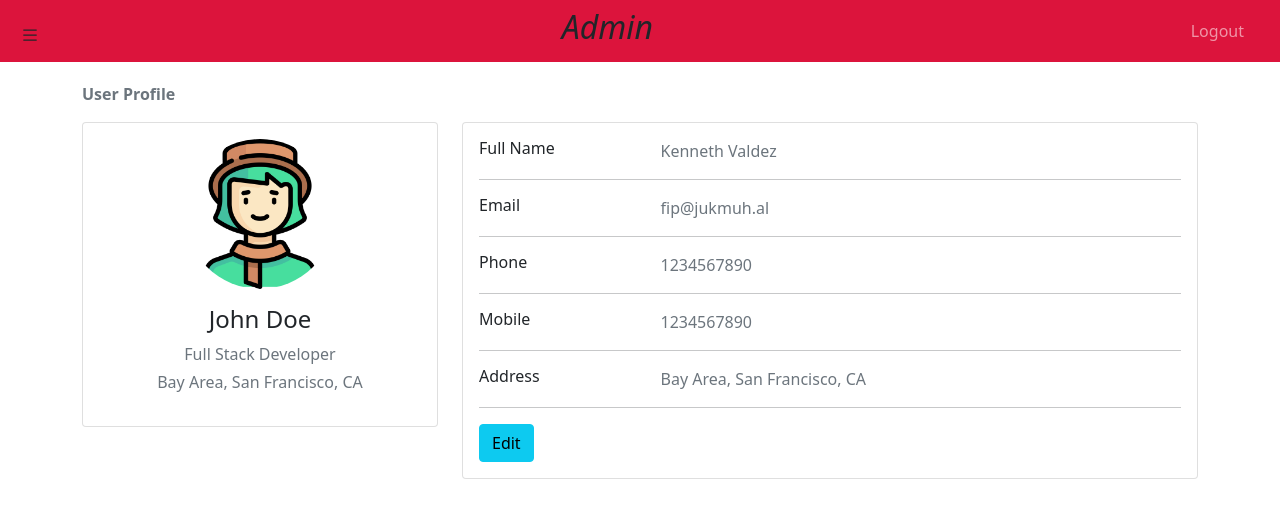
Repository: AASHRITH1903/e-gate
Page: http://localhost/admin/dashboard/profile
An editor plug-in stored every save of this project. The page is shown before and after the next save, followed by the edit.
The browser window is 1280 px wide. The pictures show the whole page.
The page is served by the project's Node server (app.js). Other server files are loaded and not shown.

Above is the page before, as saved 2021-07-19 17:52:52.

### views/Admin/profile.ejs
<!DOCTYPE html>
<html lang="en">

  <head>
        <%- include("../partials/admin.head.ejs", {title : "Profile"}) %>
  </head>

  <body>

            <%- include('../partials/admin.nav.ejs') %>

                    <div class="container">
                        <div class="main-body">

                            <!-- Breadcrumb -->
                            <nav aria-label="breadcrumb" class="main-breadcrumb">
                                <ol class="breadcrumb">
                                <li class=" breadcrumb-item active" aria-current="page"><b>User Profile</b></li>
                                </ol>
                            </nav>
                            <!-- /Breadcrumb -->

                            <div class="row gutters-sm">
                                <div class="col-md-4 mb-3">
                                <div class="card">
                                    <div class="card-body">
                                    <div class="d-flex flex-column align-items-center text-center">
                                        <img src="/static/images/student.png" alt="Admin" class="rounded-circle" width="150">
                                        <div class="mt-3">
                                        <h4>John Doe</h4>
                                        <p class="text-secondary mb-1">Full Stack Developer</p>
                                        <p class="text-muted font-size-sm">Bay Area, San Francisco, CA</p>
                                        </div>
                                    </div>
                                    </div>
                                </div>
                                </div>

                                <div class="col-md-8">
                                <div class="card mb-3">
                                    <div class="card-body">
                                    <div class="row">
                                        <div class="col-sm-3">
                                        <h6 class="mb-0">Full Name</h6>
                                        </div>
                                        <div class="col-sm-9 text-secondary">
                                        Kenneth Valdez
                                        </div>
                                    </div>
                                    <hr>
                                    <div class="row">
                                        <div class="col-sm-3">
                                        <h6 class="mb-0">Email</h6>
                                        </div>
                                        <div class="col-sm-9 text-secondary">
                                        fip@jukmuh.al
                                        </div>
                                    </div>
                                    <hr>
                                    <div class="row">
                                        <div class="col-sm-3">
                                        <h6 class="mb-0">Phone</h6>
                                        </div>
                                        <div class="col-sm-9 text-secondary">
                                        1234567890
                                        </div>
                                    </div>
                                    <hr>
                                    <div class="row">
                                        <div class="col-sm-3">
                                        <h6 class="mb-0">Mobile</h6>
                                        </div>
                                        <div class="col-sm-9 text-secondary">
                                        1234567890
                                        </div>
                                    </div>
                                    <hr>
                                    <div class="row">
                                        <div class="col-sm-3">
                                        <h6 class="mb-0">Address</h6>
                                        </div>
                                        <div class="col-sm-9 text-secondary">
                                        Bay Area, San Francisco, CA
                                        </div>
                                    </div>
                                    <hr>
                                    <div class="row">
                                        <div class="col-sm-12">
                                        <a class="btn btn-info " target="__blank" href="https://www.bootdey.com/snippets/view/profile-edit-data-and-skills">Edit</a>
                                        </div>
                                    </div>
                                    </div>
                                </div>
                            </div>



            <script src="https://cdn.jsdelivr.net/npm/@popperjs/core@2.9.2/dist/umd/popper.min.js" integrity="sha384-IQsoLXl5PILFhosVNubq5LC7Qb9DXgDA9i+tQ8Zj3iwWAwPtgFTxbJ8NT4GN1R8p" crossorigin="anonymous"></script>
            <script src="https://cdn.jsdelivr.net/npm/bootstrap@5.0.2/dist/js/bootstrap.min.js" integrity="sha384-cVKIPhGWiC2Al4u+LWgxfKTRIcfu0JTxR+EQDz/bgldoEyl4H0zUF0QKbrJ0EcQF" crossorigin="anonymous" ></script>

            <script src="/static/js/admin.js"></script>

  </body>
</html>

### views/partials/admin.head.ejs
<!-- Required meta tags -->
<meta charset="utf-8" />
<meta name="viewport" content="width=device-width, initial-scale=1" />

<link rel="stylesheet" type="text/css" href="/static/css/admin.css" />
<!-- Bootstrap CSS -->
<link href="https://cdn.jsdelivr.net/npm/bootstrap@5.0.2/dist/css/bootstrap.min.css" rel="stylesheet" integrity="sha384-EVSTQN3/azprG1Anm3QDgpJLIm9Nao0Yz1ztcQTwFspd3yD65VohhpuuCOmLASjC" crossorigin="anonymous"/>

<title> <%= title %></title>

### views/partials/admin.nav.ejs

<div id="mySidenav" class="sidenav my-sidenav">
    <a href="javascript:void(0)" class="closebtn" onclick="closeNav()">&times;</a>
    <a href="/admin/dashboard">Home</a>
    <a href="/admin/dashboard/profile">Profile</a>
    <a href="/admin/dashboard/outing_requests">Outing Requests</a>
    <a href="/admin/dashboard/create_student">Create Student</a>
    <a href="/admin/dashboard/outer_status">Outer status</a>
</div>

<nav class="navbar navbar-dark my-navbar ">
    <span onclick="openNav()">
        <svg xmlns="http://www.w3.org/2000/svg" width="20" height="20" fill="currentColor" class="bi bi-list" viewBox="0 0 16 16">
            <path fill-rule="evenodd" d="M2.5 12a.5.5 0 0 1 .5-.5h10a.5.5 0 0 1 0 1H3a.5.5 0 0 1-.5-.5zm0-4a.5.5 0 0 1 .5-.5h10a.5.5 0 0 1 0 1H3a.5.5 0 0 1-.5-.5zm0-4a.5.5 0 0 1 .5-.5h10a.5.5 0 0 1 0 1H3a.5.5 0 0 1-.5-.5z"/>
        </svg>
    </span>

    <h2 style="font-style: italic;">Admin</h2>
    <ul class="navbar-nav px-3">
    <li class="nav-item text-nowrap">
        <a class="nav-link" href="/">Logout</a>
    </li>
    </ul>
</nav>

### app.js
//jshint esversion:6
// library
const express = require("express");
const app = express();
const cors = require("cors");
const path = require("path")
const mongoose = require('mongoose')
const bcrypt = require("bcrypt");

// Routers
const AdminRouter = require("./routes/admin_routes")
const StudentRouter = require("./routes/student_routes")

//middleware
app.set(cors());
app.use(express.json());
app.use(express.urlencoded());

app.set('view engine', 'ejs');
app.use('/static', express.static(path.join(__dirname, '/public')));


// db connection

const URI = 'mongodb+srv://devuser:devuser@cluster0.frefb.mongodb.net/Egate?retryWrites=true&w=majority'
mongoose.connect(URI, {
  useNewUrlParser: true,
  useUnifiedTopology: true,
  useFindAndModify: false
})
mongoose.connection.once('open', () => console.log("Database connection established"))
mongoose.set('useFindAndModify',false);

//routes

app.get("/", function(req, res){
  let data = 0;
  data = 0;
  res.render('Home/index', {
    data
  });
});

app.use("/admin", AdminRouter);
app.use("/student",StudentRouter);


app.listen(3000, function(){
  console.log("Server started on port 3000.");
});

### routes/admin_routes.js
const router = require("express").Router();
const path = require("path")
const mongoose = require("mongoose")

const Admin = require("../models/admin.model")
const Request = require('../models/request.model')
const Student = require('../models/student.model')

let id;

router.route('/login').get((req, res) => {
        //res.sendFile(path.join(__dirname , '..' , 'views', 'LoginForms', 'AdminLogin.html'))
        res.render('LoginForms/AdminLogin')
})

router.route('/login/check').post((req, res) => {
        let username = req.body.username;
        let password = req.body.password;

        console.log(username, password);

        Admin.findOne({ username, password }, (err, doc) => {
                if (err) {
                        console.log(err);
                } else if (!doc) {
                        console.log("admin not found");
                        res.redirect('/admin/login')
                } else {
                        id=doc.id;
                        res.redirect('/admin/dashboard')
                }
        })

})

router.route('/dashboard').get((req, res) => {
        Admin.findById(id, (err, doc) =>{
                if(err) {
                        console.log(err);
                } else if(!doc) {
                        console.log("admin not found");
                }
                else {
                        res.render('Admin/dashboard', {data: doc})
                }
        })
})

router.route('/dashboard/profile').get((req, res) => {
        res.render('Admin/profile')
})

router.route('/dashboard/outing_requests').get((req, res) => {

        Request.find({}, (err, docs) => {
                if (err) {
                        console.log(err);
                } else if (!docs) {
                        console.log("doc not found");
                } else {
                        console.log(docs);
                        res.render('Admin/outing_requests', { requests: docs })
                }
        })
})

router.route('/dashboard/outing_requests/accepted/:id').get((req, res) => {
        Request.findByIdAndUpdate(req.params.id, { req_status: "accepted", outing_status: "In" }, (err, doc) => {
                if (err) {
                        console.log(err);
                } else {
                        console.log("updated succesfully : ");
                        console.log(doc);
                        res.redirect('/admin/dashboard/outing_requests')
                }
        })
})

router.route('/dashboard/create_student').get((req, res) => {
        res.render('Admin/create_student')
})

router.route('/dashboard/create_student/create').post((req, res) => {
        let username = req.body.username;
        let password = req.body.password;
        let email = req.body.email;
        console.log(username, password, email);
        const studentData = new Student({
                username: username,
                bloodgroup: '',
                phonenumber: '',
                password: password,
                email: email,
                gender: ''
        })
        studentData.save(function(err, book) {
                if (err) return console.error(err);
                console.log(`new student ${studentData.username} created`);
              });
        res.redirect('/admin/dashboard/create_student')
})

router.route('/dashboard/outer_status').get((req, res) => {
        Request.find({}, (err, docs) => {
                if (err) {
                        console.log(err);
                } else if (!docs) {
                        console.log("doc not found");
                } else {
                        console.log(docs);
                        req_ids = []
                        docs.forEach((doc) => {
                                req_ids.push(mongoose.Types.ObjectId(doc.request_id))
                        })
                        Request.find({ '_id': { $in: req_ids } }, (err, accepted_requests) => {
                                console.log("safasf",accepted_requests);
                                res.render("Admin/outer_status", { reqs: accepted_requests })
                        })


                        /*res.render('path_to_ejs' , {
                                name : "aasrith",
                                username : "jdnkjvn",
                                ph : 'djsbkjs'
                        })

                        <%= name %>
                        <%= username %>
                        <%= name %>*/

                }
        })
})

module.exports = router;

### public/css/admin.css
/* The side navigation menu */
.sidenav {
  height: 100%; /* 100% Full-height */
  width: 0; /* 0 width - change this with JavaScript */
  position: fixed; /* Stay in place */
  z-index: 1; /* Stay on top */
  top: 0; /* Stay at the top */
  left: 0;
  background-color: #111; /* Black*/
  overflow-x: hidden; /* Disable horizontal scroll */
  padding-top: 60px; /* Place content 60px from the top */
  transition: 0.5s; /* 0.5 second transition effect to slide in the sidenav */
}

/* The navigation menu links */
.sidenav a {
  padding: 8px 8px 8px 32px;
  text-decoration: none;
  font-size: 18px;
  color: #818181;
  display: block;
  transition: 0.3s;
}

/* When you mouse over the navigation links, change their color */
.sidenav a:hover {
  color: #f1f1f1;
}

/* Position and style the close button (top right corner) */
.sidenav .closebtn {
  position: absolute;
  top: 0;
  right: 25px;
  font-size: 36px;
  margin-left: 50px;
}



/* On smaller screens, where height is less than 450px, change the style of the sidenav (less padding and a smaller font size) */
@media screen and (max-height: 450px) {
  .sidenav {
    padding-top: 15px;
  }
  .sidenav a {
    font-size: 18px;
  }
}


.my-navbar {
  background-color: crimson;
  padding: 20px;
  margin-bottom: 20px;
}
.my-navbar span{
   font-size: 30px;
}

.my-sidenav {
  top: 0;
}

.inside {
  padding : 50px;
}

### public/js/admin.js

/* Set the width of the side navigation to 250px */
function openNav() {
document.getElementById("mySidenav").style.width = "250px";
}

/* Set the width of the side navigation to 0 */
function closeNav() {
document.getElementById("mySidenav").style.width = "0";
}

After the next save:
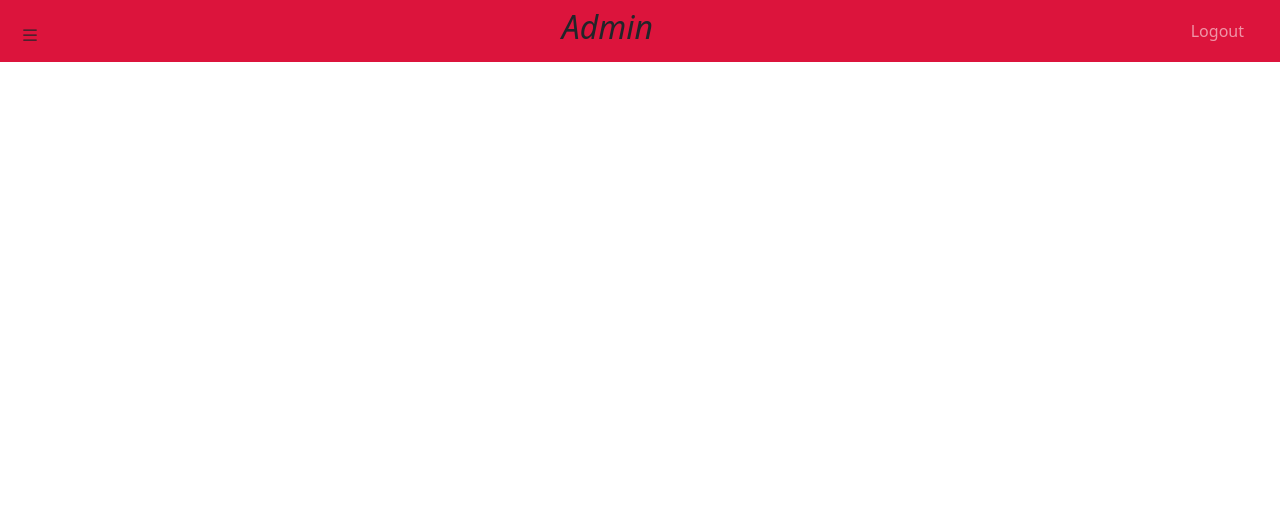
Saved 15 min 14 s later.
--- a/views/Admin/profile.ejs
+++ b/views/Admin/profile.ejs
@@ -9,96 +9,5 @@
 
             <%- include('../partials/admin.nav.ejs') %>
 
-                    <div class="container">
-                        <div class="main-body">
-
-                            <!-- Breadcrumb -->
-                            <nav aria-label="breadcrumb" class="main-breadcrumb">
-                                <ol class="breadcrumb">
-                                <li class=" breadcrumb-item active" aria-current="page"><b>User Profile</b></li>
-                                </ol>
-                            </nav>
-                            <!-- /Breadcrumb -->
-
-                            <div class="row gutters-sm">
-                                <div class="col-md-4 mb-3">
-                                <div class="card">
-                                    <div class="card-body">
-                                    <div class="d-flex flex-column align-items-center text-center">
-                                        <img src="/static/images/student.png" alt="Admin" class="rounded-circle" width="150">
-                                        <div class="mt-3">
-                                        <h4>John Doe</h4>
-                                        <p class="text-secondary mb-1">Full Stack Developer</p>
-                                        <p class="text-muted font-size-sm">Bay Area, San Francisco, CA</p>
-                                        </div>
-                                    </div>
-                                    </div>
-                                </div>
-                                </div>
-
-                                <div class="col-md-8">
-                                <div class="card mb-3">
-                                    <div class="card-body">
-                                    <div class="row">
-                                        <div class="col-sm-3">
-                                        <h6 class="mb-0">Full Name</h6>
-                                        </div>
-                                        <div class="col-sm-9 text-secondary">
-                                        Kenneth Valdez
-                                        </div>
-                                    </div>
-                                    <hr>
-                                    <div class="row">
-                                        <div class="col-sm-3">
-                                        <h6 class="mb-0">Email</h6>
-                                        </div>
-                                        <div class="col-sm-9 text-secondary">
-                                        fip@jukmuh.al
-                                        </div>
-                                    </div>
-                                    <hr>
-                                    <div class="row">
-                                        <div class="col-sm-3">
-                                        <h6 class="mb-0">Phone</h6>
-                                        </div>
-                                        <div class="col-sm-9 text-secondary">
-                                        1234567890
-                                        </div>
-                                    </div>
-                                    <hr>
-                                    <div class="row">
-                                        <div class="col-sm-3">
-                                        <h6 class="mb-0">Mobile</h6>
-                                        </div>
-                                        <div class="col-sm-9 text-secondary">
-                                        1234567890
-                                        </div>
-                                    </div>
-                                    <hr>
-                                    <div class="row">
-                                        <div class="col-sm-3">
-                                        <h6 class="mb-0">Address</h6>
-                                        </div>
-                                        <div class="col-sm-9 text-secondary">
-                                        Bay Area, San Francisco, CA
-                                        </div>
-                                    </div>
-                                    <hr>
-                                    <div class="row">
-                                        <div class="col-sm-12">
-                                        <a class="btn btn-info " target="__blank" href="https://www.bootdey.com/snippets/view/profile-edit-data-and-skills">Edit</a>
-                                        </div>
-                                    </div>
-                                    </div>
-                                </div>
-                            </div>
-
-
-
-            <script src="https://cdn.jsdelivr.net/npm/@popperjs/core@2.9.2/dist/umd/popper.min.js" integrity="sha384-IQsoLXl5PILFhosVNubq5LC7Qb9DXgDA9i+tQ8Zj3iwWAwPtgFTxbJ8NT4GN1R8p" crossorigin="anonymous"></script>
-            <script src="https://cdn.jsdelivr.net/npm/bootstrap@5.0.2/dist/js/bootstrap.min.js" integrity="sha384-cVKIPhGWiC2Al4u+LWgxfKTRIcfu0JTxR+EQDz/bgldoEyl4H0zUF0QKbrJ0EcQF" crossorigin="anonymous" ></script>
-
-            <script src="/static/js/admin.js"></script>
-
   </body>
 </html>
